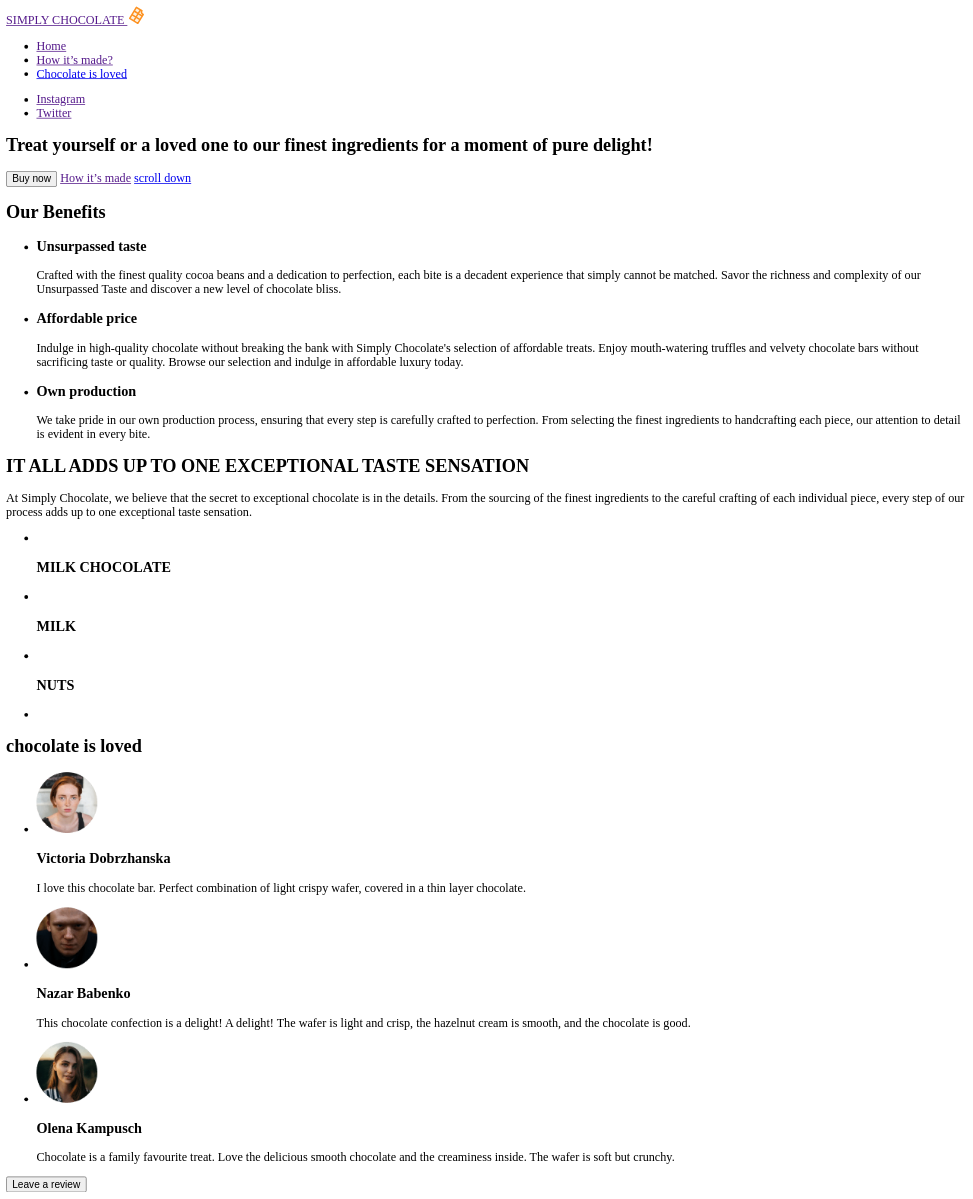
Repository: Sofiia-Khomyk/goit-markup-class-01
Page: index.html
The author's editor kept a copy of each file at every save. The page is drawn from the files as they stood at one save, then again after the next save.
The browser window is 1280 px wide. The pictures show the whole page, at 76% of full size.

Above is the page before, as saved 2024-11-11 15:56:00.

After the next save:
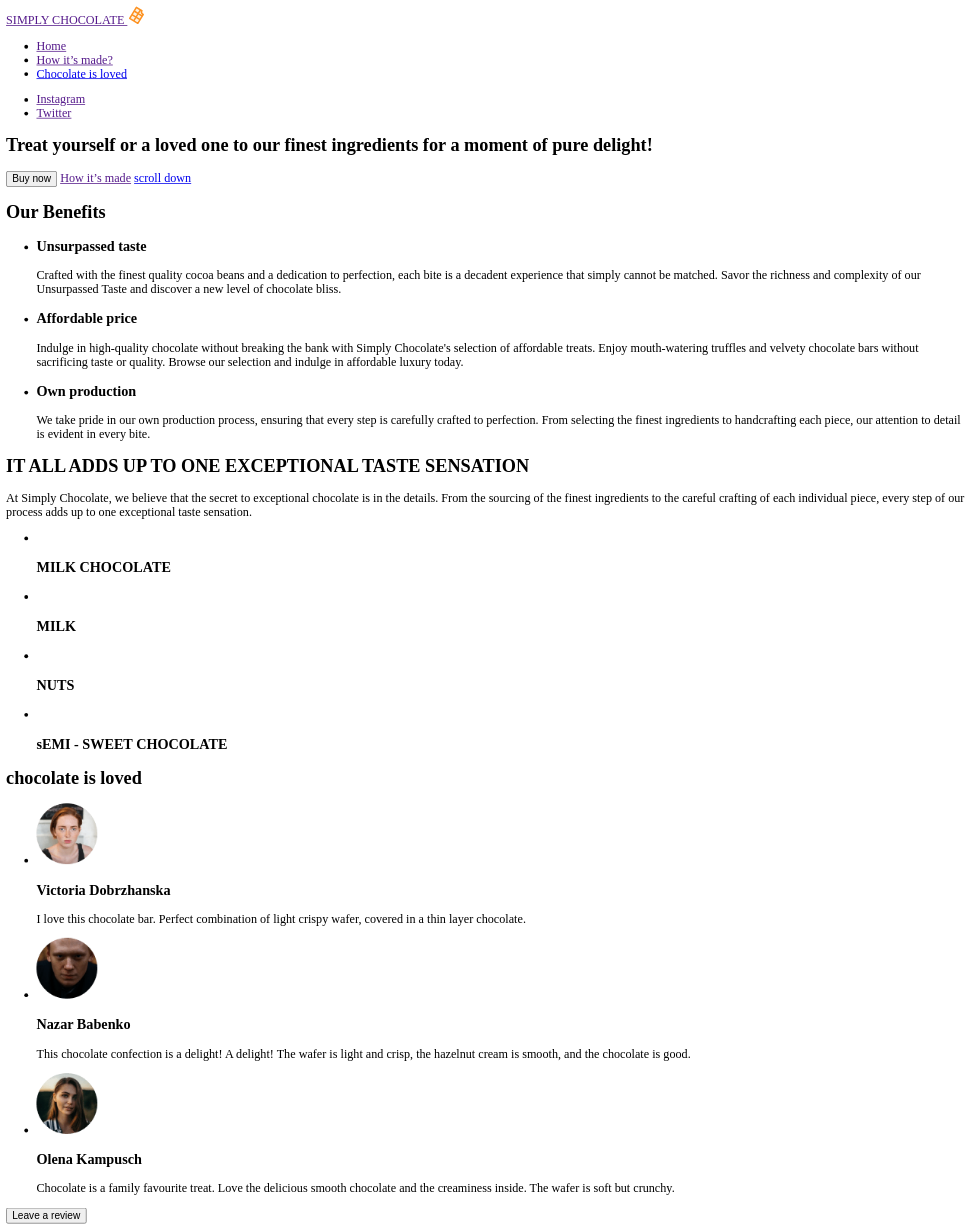
Saved 18 s later.
--- a/index.html
+++ b/index.html
@@ -104,7 +104,7 @@
           </li>
           <li>
             <img src="" alt="" />
-            <h3></h3>
+            <h3>sEMI - SWEET CHOCOLATE</h3>
           </li>
         </ul>
       </section>
